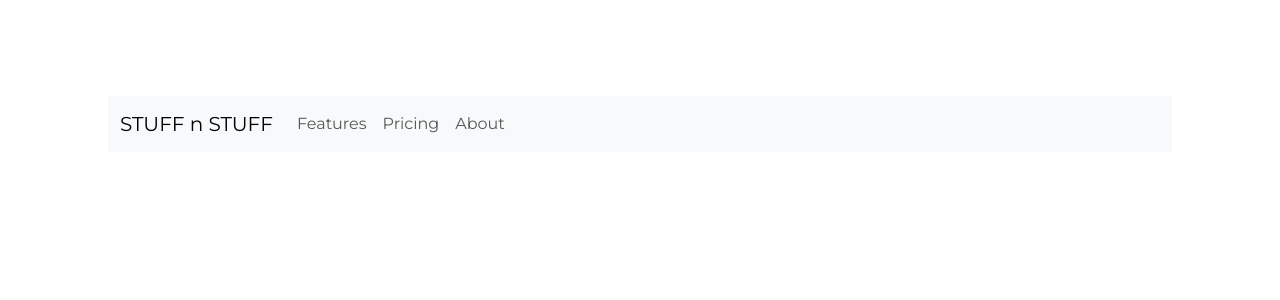
Repository: Aladdin3r/idsp12-marketplace
Page: /
These files come from the project's save history. The page is drawn as it stood at one moment and after the next save; the edit follows.
The browser window is 1280 px wide. The pictures show the whole page.
The project was rebuilt for these pictures with package versions that can differ from the ones it lists, and the page was loaded fresh each time. The framework's server and built-in components were replaced by stand-ins that run in the browser. Also part of the build but not shown: next.config.mjs.

Above is the page before, as saved 2024-05-07 14:03:44.

After the next save:
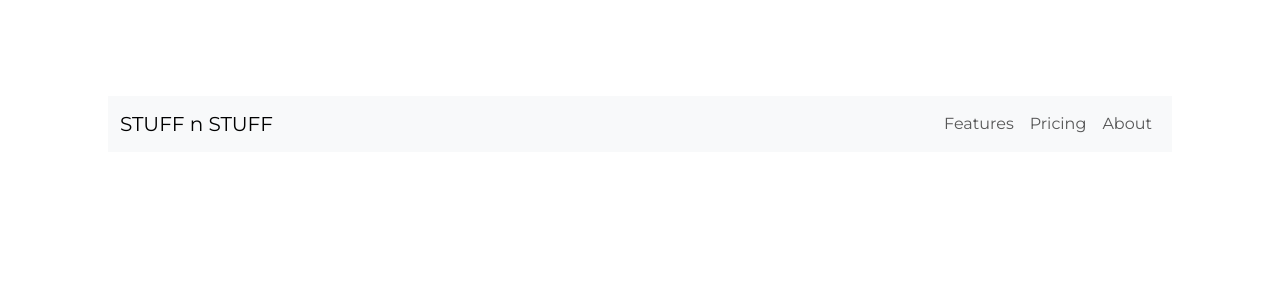
Saved 52 s later.
--- a/pages/index.js
+++ b/pages/index.js
@@ -19,7 +19,7 @@
                 <span class="navbar-toggler-icon"></span>
               </button>
               <div class="collapse navbar-collapse" id="navbarColor03">
-                <ul class="navbar-nav me-auto">
+                <ul class="navbar-nav ms-auto">
                   <li class="nav-item">
                     <a class="nav-link" href="#">Features</a>
                   </li>
